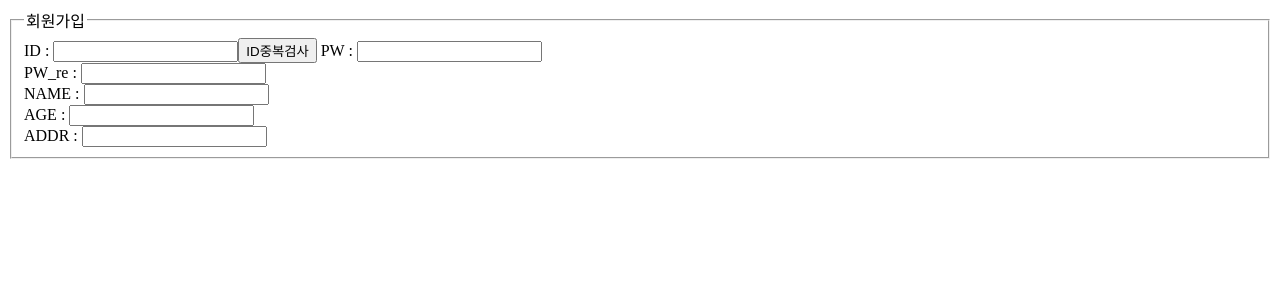
Repository: minimelody/servlet
Page: webworkspace2/web1/WebContent/views/member/joinus.html
The author's editor kept a copy of each file at every save. The page is drawn from the files as they stood at one save, then again after the next save.
The browser window is 1280 px wide. The pictures show the whole page.

Above is the page before, as saved 2018-05-21 08:59:35.

After the next save:
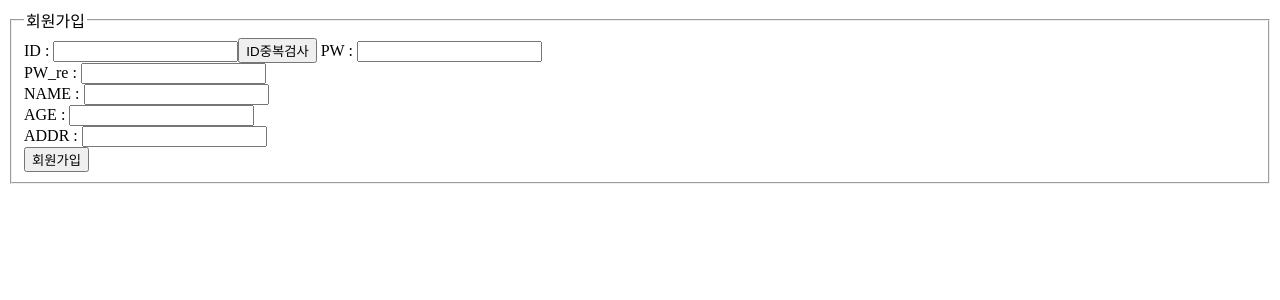
Saved 37 s later.
--- a/webworkspace2/web1/WebContent/views/member/joinus.html
+++ b/webworkspace2/web1/WebContent/views/member/joinus.html
@@ -18,9 +18,9 @@
 		PW_re : <input type="password" name="userPwd_re"><br>
 		NAME : <input type="text" name="userName"><br>
 		AGE : <input type="text" name="userAge"><br>
-		ADDR : <input type=""
+		ADDR : <input type="text" name="userAddr"><br>
+		<input type="submit" value="회원가입">
 	</form>
-
 </fieldset>
 </body>
 </html>
